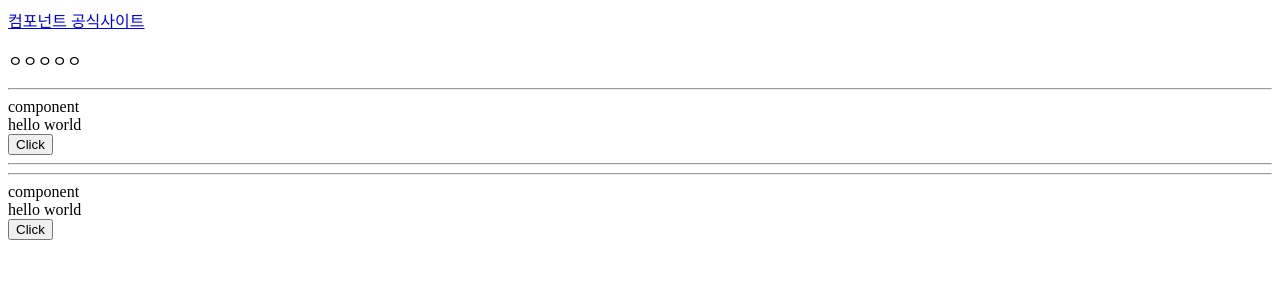
Repository: RyuGeunHwan/code_J
Page: Vuejs/22-08-10 vuejs Vue컴포넌트.html
The author's editor kept a copy of each file at every save. The page is drawn from the files as they stood at one save, then again after the next save.
The browser window is 1280 px wide. The pictures show the whole page.

Above is the page before, as saved 2022-08-24 17:16:14.

After the next save:
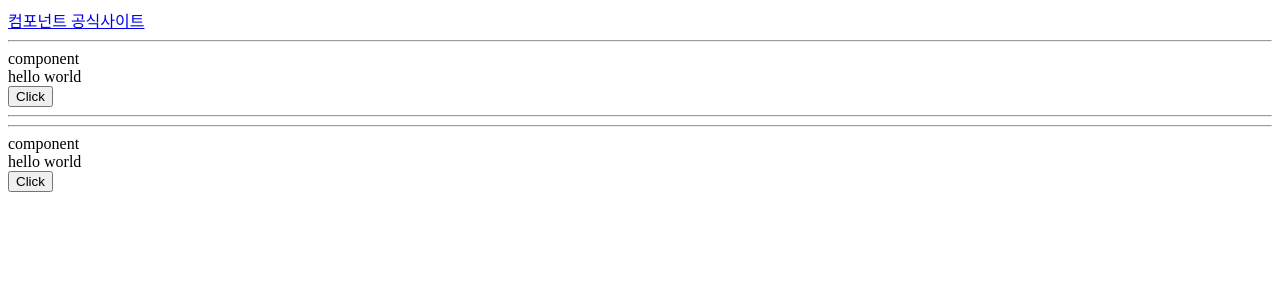
Saved 36 s later.
--- a/Vuejs/22-08-10 vuejs Vue컴포넌트.html
+++ b/Vuejs/22-08-10 vuejs Vue컴포넌트.html
@@ -10,9 +10,7 @@
 <body>
     <a href="https://kr.vuejs.org/v2/guide/components.html#%EC%A0%84%EC%97%AD-%EB%93%B1%EB%A1%9D">컴포넌트 공식사이트</a>
     <div id="component">
-
        <componentExplanation></componentExplanation>
-        <p>ㅇㅇㅇㅇㅇ</p>
     </div>
     <hr>
     <div id="app">
